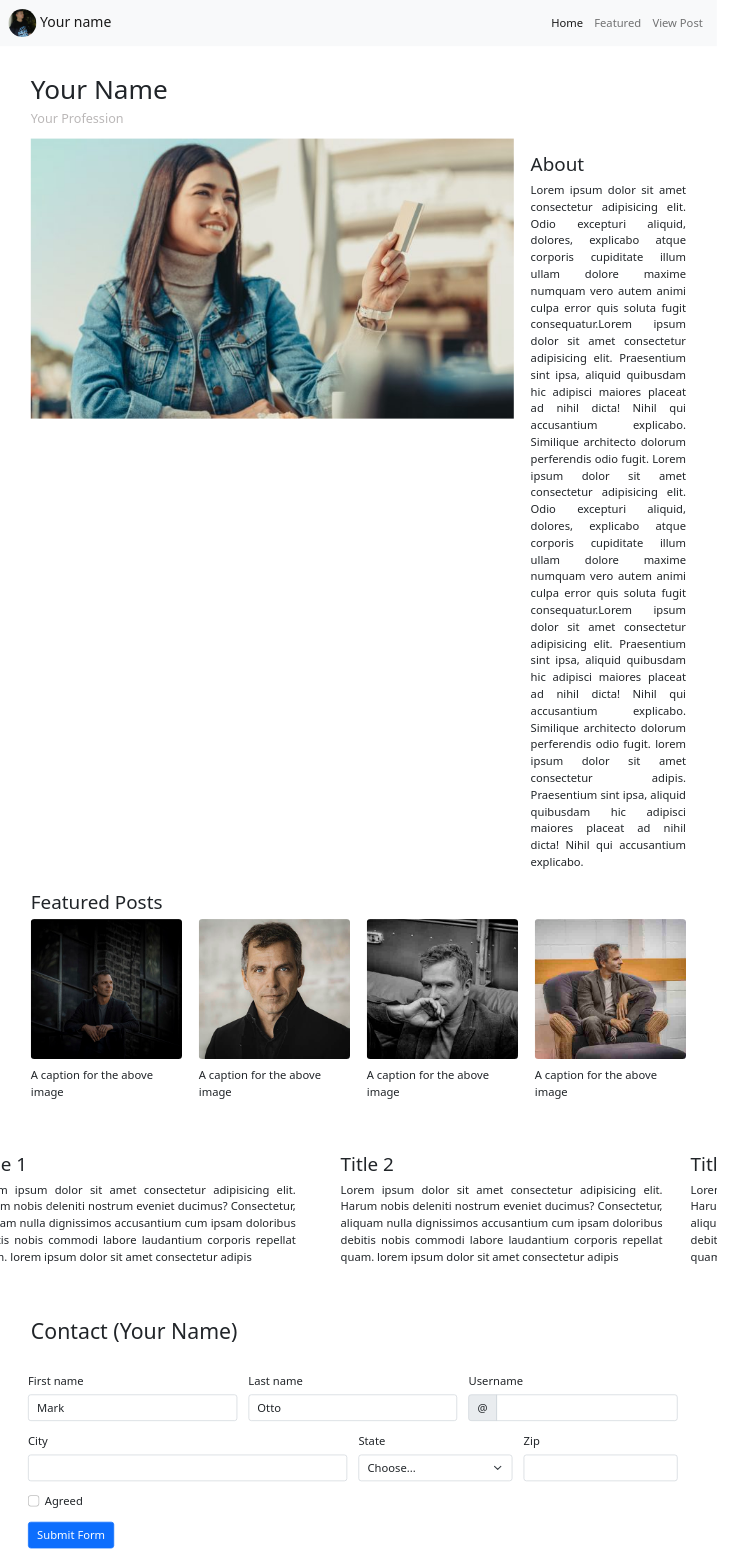
Repository: nvt01/72_1951061106_NgoVanTung
Page: BaiTh1/index.html
These files come from the project's save history. The page is drawn as it stood at one moment and after the next save; the edit follows.
The browser window is 1024 px wide. The page is 1024 px wide, then 1056 px, then 1024 px, so the pictures cover 1056 px, including what lies to the right of the window. The pictures show the part of the page from y = 0 to 2240 px (the page is 2643 px tall before and 2522 px after), at 70% of full size.

Above is the page before, as saved 2021-12-01 10:57:41.

### BaiTh1/index.html
<!DOCTYPE html>
<html lang="en">
<head>
    <meta charset="UTF-8">
    <meta http-equiv="X-UA-Compatible" content="IE=edge">
    <meta name="viewport" content="width=device-width, initial-scale=1.0">
    <title>Blog</title>
    <link rel="stylesheet" href="style.css">
    <!-- CSS only -->
    <link href="https://cdn.jsdelivr.net/npm/bootstrap@5.1.3/dist/css/bootstrap.min.css" rel="stylesheet" integrity="sha384-1BmE4kWBq78iYhFldvKuhfTAU6auU8tT94WrHftjDbrCEXSU1oBoqyl2QvZ6jIW3" crossorigin="anonymous">
    <!-- JavaScript Bundle with Popper -->
    <script src="https://cdn.jsdelivr.net/npm/bootstrap@5.1.3/dist/js/bootstrap.bundle.min.js" integrity="sha384-ka7Sk0Gln4gmtz2MlQnikT1wXgYsOg+OMhuP+IlRH9sENBO0LRn5q+8nbTov4+1p" crossorigin="anonymous"></script>
</head>
<body>
    <div class="menu">
        <nav class="navbar navbar-expand-lg navbar-light bg-light">
            <div class="container-fluid">
                <a class="navbar-brand" href="#">
                    <img class="nav-img" src="./img/avatar.JPG" alt="">
                    Your name
                </a>
                <button class="navbar-toggler" type="button" data-bs-toggle="collapse" data-bs-target="#navbarSupportedContent" aria-controls="navbarSupportedContent" aria-expanded="false" aria-label="Toggle navigation">
                    <span class="navbar-toggler-icon"></span>
                </button>
                <div class=" collapse navbar-collapse" id="navbarSupportedContent">
                    <ul class="navbar-nav me-auto mb-2 mb-lg-0">
                        <li class="nav-item">
                            <a class="nav-link active" aria-current="page" href="#">Home</a>
                        </li>
                        <li class="nav-item">
                            <a class="nav-link" href="#">Featured</a>
                        </li>
                        <li class="nav-item">
                            <a class="nav-link" href="#">View Post</a>
                        </li>
                    </ul>
                </div>
            </div>
        </nav>
    </div>

    <div class="main">
        <div class="container">
            <div class="row">
                <h1 class="h1">Your Name</h1>
                <h3 class="h3">Your Profession</h3>
                <div class="col">
                    <img src="./img/img1.jpeg" alt="">
                </div>
                <div class="col content">
                    <h3>About</h3>
                    <span>Lorem ipsum dolor sit amet consectetur adipisicing elit. Odio excepturi aliquid, dolores, explicabo atque corporis cupiditate illum ullam dolore maxime numquam vero autem animi culpa error quis soluta fugit consequatur.Lorem ipsum dolor sit amet consectetur adipisicing elit. Praesentium sint ipsa, aliquid quibusdam hic adipisci maiores placeat ad nihil dicta! Nihil qui accusantium explicabo. Similique architecto dolorum perferendis odio fugit. Lorem ipsum dolor sit amet consectetur adipisicing elit. Odio excepturi aliquid, dolores, explicabo atque corporis cupiditate illum ullam dolore maxime numquam vero autem animi culpa error quis soluta fugit consequatur.Lorem ipsum dolor sit amet consectetur adipisicing elit. Praesentium sint ipsa, aliquid quibusdam hic adipisci maiores placeat ad nihil dicta! Nihil qui accusantium explicabo. Similique architecto dolorum perferendis odio fugit. lorem ipsum dolor sit amet consectetur adipis. Praesentium sint ipsa, aliquid quibusdam hic adipisci maiores placeat ad nihil dicta! Nihil qui accusantium explicabo.</span>
                </div>
            </div>
            <div class="row">
                <h3 class="h3-title">Featured Posts</h3>
                <div class="col-3 col-sm-12 col-md-6 col-xs-12 col-lg-3">
                    <img class="image" src="./img/img2.jpeg" alt="">
                    <p>A caption for the above image</p>
                </div>
                <div class="col-3 col-sm-12 col-md-6 col-xs-12 col-lg-3">
                    <img class="image" src="./img/img3.jpeg" alt="">
                    <p>A caption for the above image</p>
                </div>
                <div class="col-3 col-sm-12 col-md-6 col-xs-12 col-lg-3">
                    <img class="image" src="./img/img5.jpeg" alt="">
                    <p>A caption for the above image</p>
                </div>
                <div class="col-3 col-sm-12 col-md-6 col-xs-12 col-lg-3">
                    <img class="image" src="./img/img6.jpeg" alt="">
                    <p>A caption for the above image</p>
                </div>
            </div>
        </div>
    </div>

    <div class="title">
        <!-- <div class="row">
            <div class="col">
                <h3>Title 1</h3>
                <p class="title-text">Lorem ipsum dolor sit amet consectetur adipisicing elit. Harum nobis deleniti nostrum eveniet ducimus? Consectetur, aliquam nulla dignissimos accusantium cum ipsam doloribus debitis nobis commodi labore laudantium corporis repellat quam. lorem ipsum dolor sit amet consectetur adipis</p>
            </div>
            <div class="col">
                <h3>Title 2</h3>
                <p class="title-text">Lorem ipsum dolor sit amet consectetur adipisicing elit. Harum nobis deleniti nostrum eveniet ducimus? Consectetur, aliquam nulla dignissimos accusantium cum ipsam doloribus debitis nobis commodi labore laudantium corporis repellat quam. lorem ipsum dolor sit amet consectetur adipis</p>
            </div>
        </div> -->
        <div>
            <div id="carouselExampleControls" class="carousel slide" data-bs-ride="carousel">
                <div class="carousel-inner">
                    <div class="carousel-item active">
                        <div class="row">
                            <div class="col-md-6">
                                <div class="singer-box content">
                                    <h3>Title 1</h3>
                                    <p class="title-text">Lorem ipsum dolor sit amet consectetur adipisicing elit. Harum nobis deleniti nostrum eveniet ducimus? Consectetur, aliquam nulla dignissimos accusantium cum ipsam doloribus debitis nobis commodi labore laudantium corporis repellat quam. lorem ipsum dolor sit amet consectetur adipis</p>
                                </div>
                            </div>
                            <div class="col-md-6">
                                <div class="singer-box content">
                                    <h3>Title 2</h3>
                                    <p class="title-text">Lorem ipsum dolor sit amet consectetur adipisicing elit. Harum nobis deleniti nostrum eveniet ducimus? Consectetur, aliquam nulla dignissimos accusantium cum ipsam doloribus debitis nobis commodi labore laudantium corporis repellat quam. lorem ipsum dolor sit amet consectetur adipis</p>
                                </div>
                            </div>
                        </div>
                    </div>

                    <div class="carousel-item">
                        <div class="row">
                            <div class="col-md-6">
                                <div class="singer-box content">
                                    <h3>Title 3</h3>
                                    <p class="title-text">Lorem ipsum dolor sit amet consectetur adipisicing elit. Harum nobis deleniti nostrum eveniet ducimus? Consectetur, aliquam nulla dignissimos accusantium cum ipsam doloribus debitis nobis commodi labore laudantium corporis repellat quam. lorem ipsum dolor sit amet consectetur adipis</p>
                                </div>
                            </div>
                            <div class="col-md-6">
                                <div class="singer-box content">
                                    <h3>Title 4</h3>
                                    <p class="title-text">Lorem ipsum dolor sit amet consectetur adipisicing elit. Harum nobis deleniti nostrum eveniet ducimus? Consectetur, aliquam nulla dignissimos accusantium cum ipsam doloribus debitis nobis commodi labore laudantium corporis repellat quam. lorem ipsum dolor sit amet consectetur adipis</p>
                                </div>
                            </div>
                        </div>
                    </div>
                </div>
                <button class="carousel-control-prev" type="button" data-bs-target="#carouselExampleControls" data-bs-slide="prev">
                    <span class="carousel-control-prev-icon" aria-hidden="true"></span>
                    <span class="visually-hidden">Previous</span>
                </button>
                <button class="carousel-control-next" type="button" data-bs-target="#carouselExampleControls" data-bs-slide="next">
                    <span class="carousel-control-next-icon" aria-hidden="true"></span>
                    <span class="visually-hidden">Next</span>
                </button>
            </div>
        </div>
    </div>

    <div class="contact">
        <div class="container">
            <div class="row">
                <h2>Contact (Your Name)</h2>
                <form class="row g-3 needs-validation" novalidate>
                    <div class="col-md-4">
                        <label for="validationCustom01" class="form-label">First name</label>
                        <input type="text" class="form-control" id="validationCustom01" value="Mark" required>
                        <div class="valid-feedback">
                            Looks good!
                        </div>
                    </div>
                    <div class="col-md-4">
                        <label for="validationCustom02" class="form-label">Last name</label>
                        <input type="text" class="form-control" id="validationCustom02" value="Otto" required>
                        <div class="valid-feedback">
                            Looks good!
                        </div>
                    </div>
                    <div class="col-md-4">
                        <label for="validationCustomUsername" class="form-label">Username</label>
                        <div class="input-group has-validation">
                            <span class="input-group-text" id="inputGroupPrepend">@</span>
                            <input type="text" class="form-control" id="validationCustomUsername" aria-describedby="inputGroupPrepend" required>
                            <div class="invalid-feedback">
                            Please choose a username.
                            </div>
                        </div>
                    </div>
                    <div class="col-md-6">
                        <label for="validationCustom03" class="form-label">City</label>
                        <input type="text" class="form-control" id="validationCustom03" required>
                        <div class="invalid-feedback">
                            Please provide a valid city.
                        </div>
                    </div>
                    <div class="col-md-3">
                        <label for="validationCustom04" class="form-label">State</label>
                        <select class="form-select" id="validationCustom04" required>
                            <option selected disabled value="">Choose...</option>
                            <option>...</option>
                        </select>
                        <div class="invalid-feedback">
                            Please select a valid state.
                        </div>
                    </div>
                    <div class="col-md-3">
                        <label for="validationCustom05" class="form-label">Zip</label>
                        <input type="text" class="form-control" id="validationCustom05" required>
                        <div class="invalid-feedback">
                            Please provide a valid zip.
                        </div>
                    </div>
                    <div class="col-12">
                        <div class="form-check">
                            <input class="form-check-input" type="checkbox" value="" id="invalidCheck" required>
                            <label class="form-check-label" for="invalidCheck">
                            Agreed
                            </label>
                        <div class="invalid-feedback">
                            You must agree before submitting.
                        </div>
                    </div>
                    </div>
                    <div class="col-12">
                        <button class="btn btn-primary" type="submit">Submit Form</button>
                    </div>
                </form>
            </div>
        </div>
    </div>

    <footer class="text-center text-lg-start bg-light text-muted">
        <div>
            <a href="" class="me-4 text-reset">
            <i class="fab fa-facebook-f"></i>
            </a>
            <a href="" class="me-4 text-reset">
            <i class="fab fa-twitter"></i>
            </a>
            <a href="" class="me-4 text-reset">
            <i class="fab fa-google"></i>
            </a>
            <a href="" class="me-4 text-reset">
            <i class="fab fa-instagram"></i>
            </a>
            <a href="" class="me-4 text-reset">
            <i class="fab fa-linkedin"></i>
            </a>
            <a href="" class="me-4 text-reset">
            <i class="fab fa-github"></i>
            </a>
        </div>
        <section class="">
        <div class="container text-center text-md-start mt-5">
            <div class="row mt-3">
            <div class="col-md-3 col-lg-4 col-xl-3 mx-auto mb-4">
                <h6 class="text-uppercase fw-bold mb-4">
                <i class="fas fa-gem me-3"></i>Company name
                </h6>
                <p>
                Here you can use rows and columns to organize your footer content. Lorem ipsum
                dolor sit amet, consectetur adipisicing elit.
                </p>
            </div>
            <div class="col-md-2 col-lg-2 col-xl-2 mx-auto mb-4">
                <h6 class="text-uppercase fw-bold mb-4">
                Products
                </h6>
                <p>
                <a href="#!" class="text-reset">Angular</a>
                </p>
                <p>
                <a href="#!" class="text-reset">React</a>
                </p>
                <p>
                <a href="#!" class="text-reset">Vue</a>
                </p>
                <p>
                <a href="#!" class="text-reset">Laravel</a>
                </p>
            </div>
            <div class="col-md-3 col-lg-2 col-xl-2 mx-auto mb-4">
                <h6 class="text-uppercase fw-bold mb-4">
                Useful links
                </h6>
                <p>
                <a href="#!" class="text-reset">Pricing</a>
                </p>
                <p>
                <a href="#!" class="text-reset">Settings</a>
                </p>
                <p>
                <a href="#!" class="text-reset">Orders</a>
                </p>
                <p>
                <a href="#!" class="text-reset">Help</a>
                </p>
            </div>
            <div class="col-md-4 col-lg-3 col-xl-3 mx-auto mb-md-0 mb-4">
                <h6 class="text-uppercase fw-bold mb-4">
                Contact
                </h6>
                <p><i class="fas fa-home me-3"></i> Ha Noi, VN</p>
                <p>
                <i class="fas fa-envelope me-3"></i>
                ngotung180301@gmail.com
                </p>
                <p><i class="fas fa-phone me-3"></i>+84 393 072 588</p>
            </div>
            </div>
        </div>
        </section>
        <div class="text-center p-4" style="background-color: rgba(0, 0, 0, 0.05);">
            ©
            <a class="text-reset fw-bold" href="https://mdbootstrap.com/">Your name 9/2021</a>
        </div>
    </footer>
</body>
</html>

### BaiTh1/style.css
* {
    margin: 0;
    padding: 0;
    box-sizing: border-box;
}

:root {
    --text-color: rgb(187, 184, 184);
}

.menu {
}

.navbar {
    margin-bottom: 40px;
}

.nav-img {
    width: 40px;
    height: 40px;
    border-radius: 50%;
    object-fit: cover;
}

.content {
    text-align: justify;
}

.container-fluid .navbar-collapse {
    flex-grow: 0;
}

.container .h1 {
    font-weight: 400;
}

.container .h3 {
    padding-bottom: 10px;
    color: var(--text-color);
    font-size: 18px;
}

.image {
    border-radius: 5px;
    margin-bottom: 10px;
    width: 300px;
    height: 200px;
    object-fit: cover;
}

.h3-title {
    padding-top: 30px;
}

.singer-box {
    padding: 40px 20px;
}

.contact {
    margin: 20px 0 60px;
}

.text-center a {
    text-decoration: none;
    color: var(--text-color);
}

@media screen and (max-width: 1025px) {
    .content {
        display: gr;
    }
}

@media screen and (min-width: 768px) {
    .image {
        width: 100%;
        height: 200px;
    }
    .content h3{
        padding-top: 20px;
    }
}

@media screen and (max-width: 374px) {
    .container img {
        width: 200px;
        height: 100px;
    }
}

After the next save:
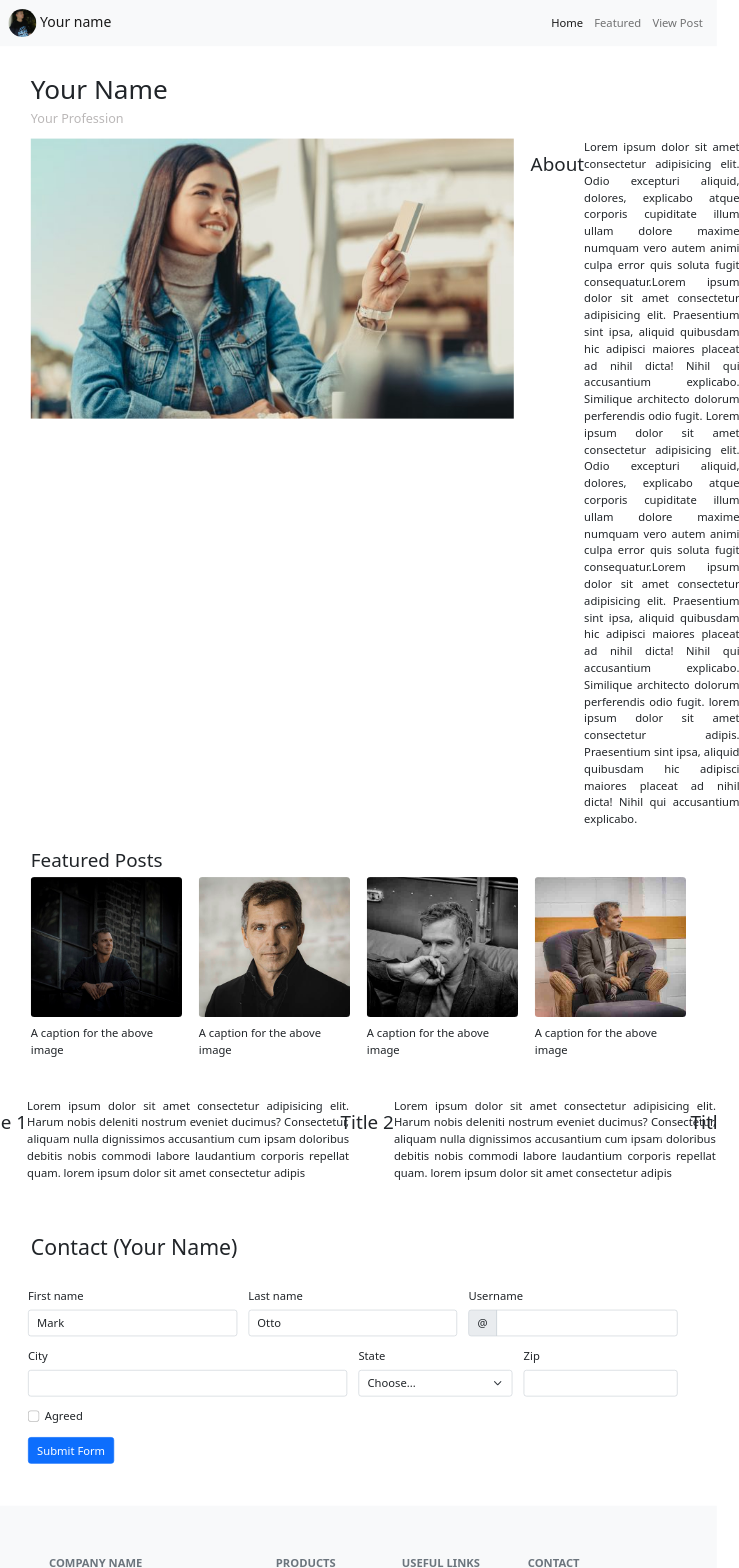
Saved 6 s later.
--- a/BaiTh1/style.css
+++ b/BaiTh1/style.css
@@ -67,7 +67,7 @@
 
 @media screen and (max-width: 1025px) {
     .content {
-        display: gr;
+        display: -webkit-box;
     }
 }
 

After the 5 saves that followed:
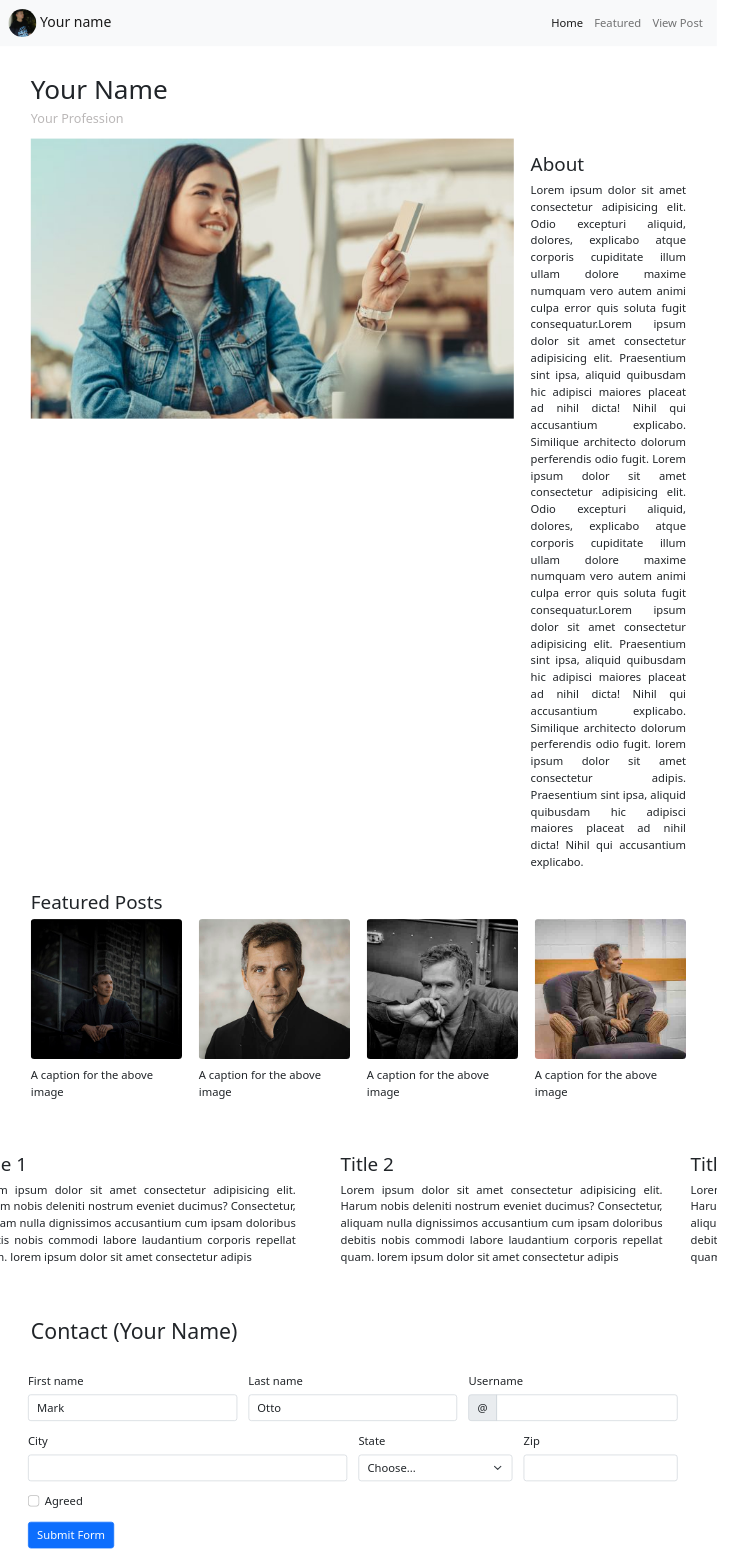
The 5 saves are shown as one change because 1 left the picture as it was and some came seconds apart.
The last was saved 19 s later.
--- a/BaiTh1/style.css
+++ b/BaiTh1/style.css
@@ -68,6 +68,8 @@
 @media screen and (max-width: 1025px) {
     .content {
         display: -webkit-box;
+        -webkit-box-orient: vertical;
+
     }
 }
 
